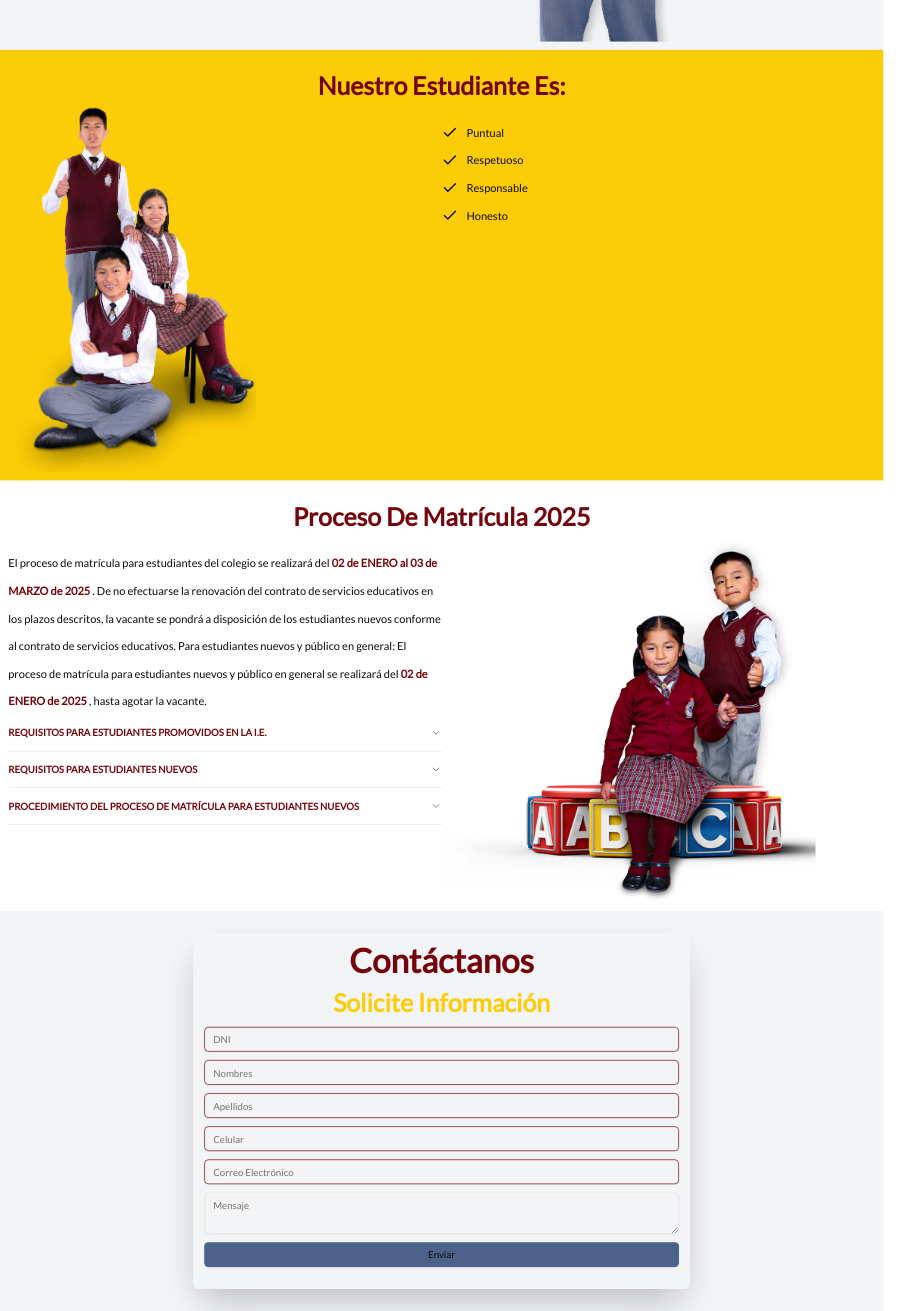
Repository: jefrydep/new_horizont_school
Page: /
The author's editor kept a copy of each file at every save. The page is drawn from the files as they stood at one save, then again after the next save.
The browser window is 1280 px wide. The page is 1328 px wide, so the pictures cover 1328 px, including what lies to the right of the window. The pictures show the part of the page from y = 1964 to 3864 px (the page is 4794 px tall), at 69% of full size.
Pictures or frames that could not be fetched are drawn as grey boxes. The project was rebuilt for these pictures with package versions that can differ from the ones it lists, and the page was loaded fresh each time. The framework's server and built-in components were replaced by stand-ins that run in the browser. Also part of the build but not shown: next.config.ts.

Above is the page before, as saved 2024-11-28 20:50:36.

After the next save:
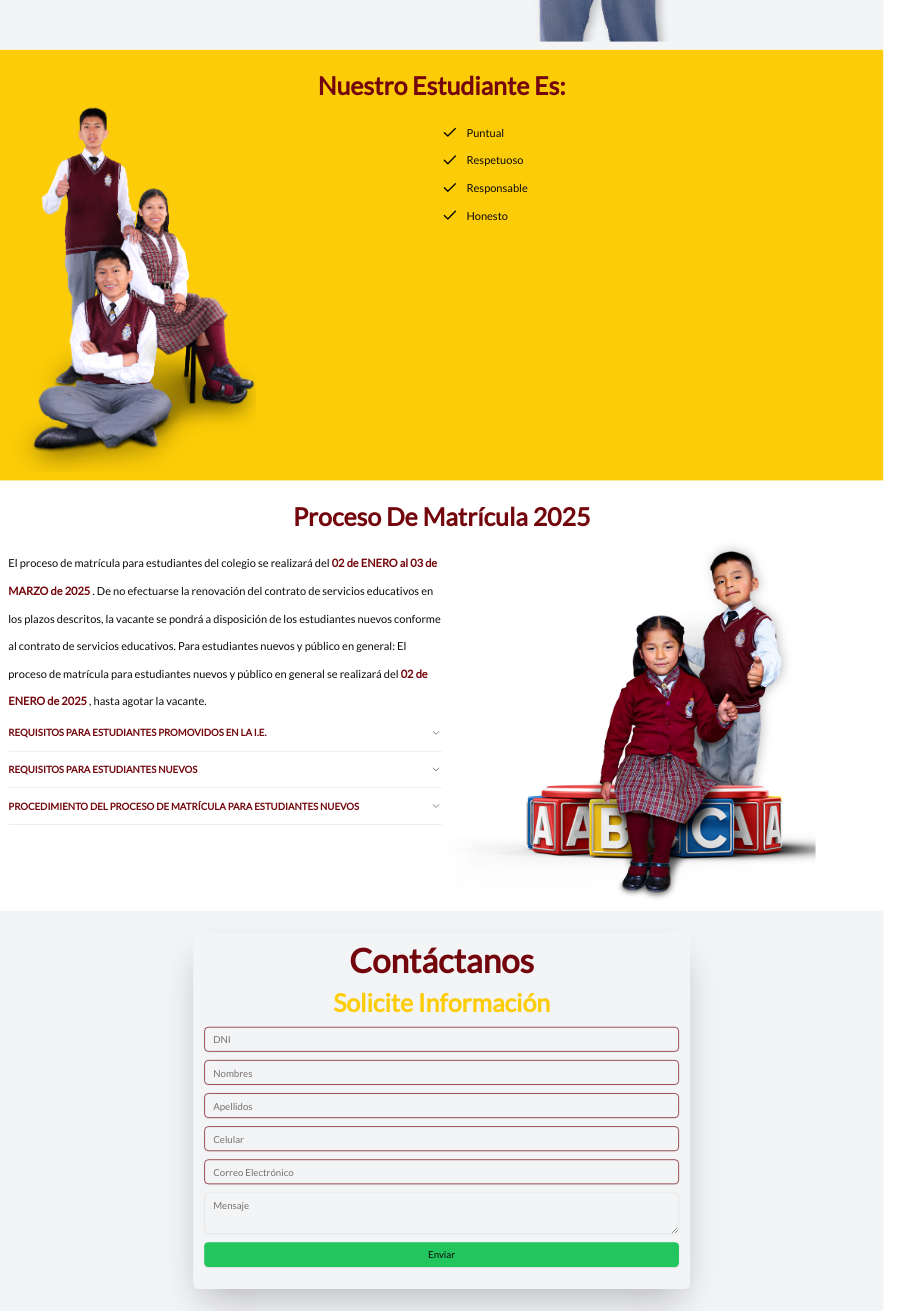
Saved 3 min 30 s later.
--- a/src/components/Form.tsx
+++ b/src/components/Form.tsx
@@ -144,7 +144,7 @@ const ContactForm: React.FC = () => {
                 className="text-red-500"
               />
             </div>
-            <Button type="submit">Enviar</Button>
+            <Button className="bg-green-500" type="submit">Enviar</Button>
           </Form>
         </Formik>
       </div>
